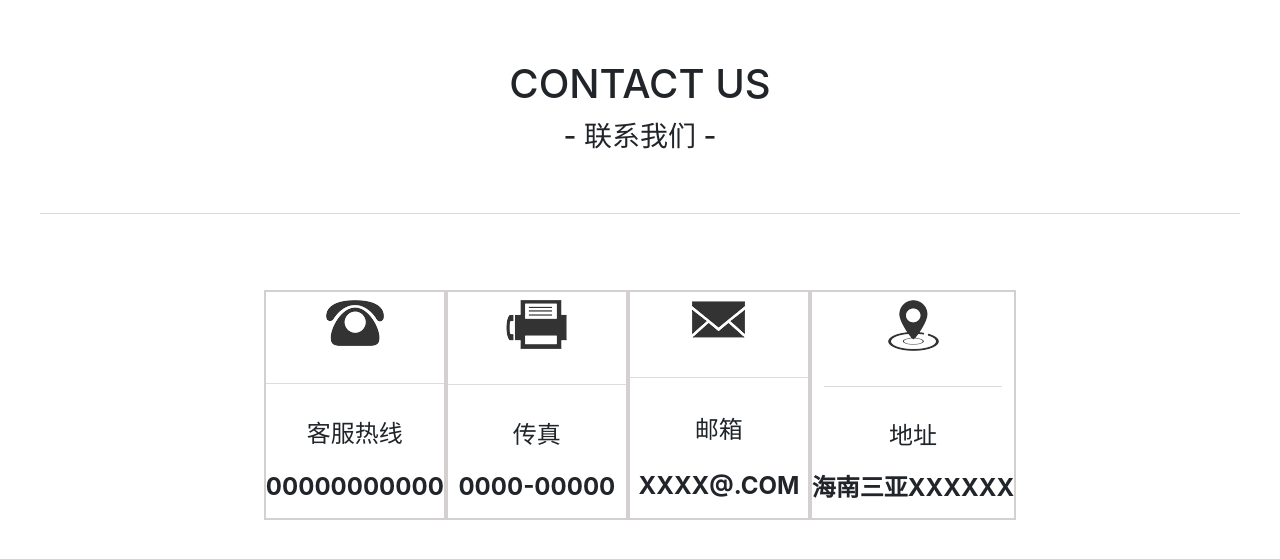
Repository: Noitom/Hadalsnailfish
Page: src/main/resources/static/html/connect.html
An editor plug-in stored every save of this project. The page is shown before and after the next save, followed by the edit.
The browser window is 1280 px wide. The pictures show the whole page.

Above is the page before, as saved 2021-12-14 15:30:02.

### src/main/resources/static/html/connect.html
<!DOCTYPE html>
<html lang="zh-CN">
<head>
    <meta charset="utf-8">
    <meta http-equiv="X-UA-Compatible" content="IE=edge">
    <meta name="viewport" content="width=device-width, initial-scale=1">
    <title>深海狮子鱼</title>
    <link href="../bootstrap/css/bootstrap.min.css" rel="stylesheet">
    <link href="../css/cl-css.css" rel="stylesheet">
    <link href="../font-awesome/css/font-awesome.min.css" rel="stylesheet">
    <link href="../element/element.css" rel="stylesheet" type="text/css">
    <link href="../bootstrap/css/bootstrap-responsive.min.css" rel="stylesheet" type="text/css">
    <style>
        .el-carousel__item h3 {
            color: #475669;
            font-size: 14px;
            opacity: 0.75;
            line-height: 150px;
            margin: 0;
        }

        .el-row {
            margin-bottom: 20px;
        &:last-child {
             margin-bottom: 0;
         }
        }
        .el-col {
            border-radius: 4px;
        }
        .bg-purple-dark {
            background: #99a9bf;
        }
        .bg-purple {
            background: #d3dce6;
        }
        .bg-purple-light {
            background: #e5e9f2;
        }
        .grid-content {
            border-radius: 4px;
            min-height: 36px;
        }
        .row-bg {
            padding: 10px 0;
            background-color: #f9fafc;
        }
        .szy-contact-way{

            height: 230px;
            border: 2px solid #d4d0d0;
            padding-top: 30px 20px 5px 5px
            /* padding-bottom: 20px; */
        }

    </style>
</head>
<body>
<div id="app" style="background:#fff;">
    <!--顶部导航start-->
    <!--<div class="cl-header container-fluid">-->
    <!--<div class="header-content container">-->
    <!--<nav class="navbar navbar-expand-lg navbar-light">-->
    <!--<a class="navbar-brand" href="product.html">-->
    <!--<img src="../img/szy1.png" height="110" alt="">-->
    <!--</a>-->
    <!--<button class="navbar-toggler" type="button" data-toggle="collapse" data-target="#navbarNav" aria-controls="navbarNav" aria-expanded="false" aria-label="Toggle navigation">-->
    <!--<span class="navbar-toggler-icon"></span>-->
    <!--</button>-->
    <!--<div class="collapse navbar-collapse justify-content-end" id="navbarNav">-->
    <!--<el-menu  class="el-menu-demo" mode="horizontal"  text-color="#2b2b2b" default-active="5" active-text-color="rgb(91, 146, 251)">-->
    <!--<el-menu-item index="1"> <a href="../index.html">首页</a> </el-menu-item>-->
    <!--&lt;!&ndash; <el-submenu index="2"> &ndash;&gt;-->
    <!--<el-menu-item index="2" > <a href="product.html">所有产品</a> </el-menu-item>-->
    <!--<el-menu-item index="3" > <a href="help.html">技术支持</a> </el-menu-item>-->
    <!--<el-menu-item index="4" > <a href="#">合作伙伴</a> </el-menu-item>-->
    <!--<el-menu-item index="5"><a href="connect.html">联系我们</a></el-menu-item>-->
    <!--</el-menu>-->
    <!--&lt;!&ndash; <el-menu-item index="2-1"> <a href="html/product.html">所有产品</a> </el-menu-item> &ndash;&gt;-->
    <!--&lt;!&ndash; <el-submenu index="2-2">-->
    <!--<template slot="title">应用分类</template>-->
    <!--<el-menu-item index="2-2-1">生物于微生物</el-menu-item>-->
    <!--<el-menu-item index="2-2-2">地球物理与资源</el-menu-item>-->
    <!--<el-menu-item index="2-2-3">地质与地球化学</el-menu-item>-->
    <!--<el-menu-item index="2-2-4">物理海洋规划</el-menu-item>-->
    <!--<el-menu-item index="2-2-5">水下运载潜水器</el-menu-item>-->
    <!--</el-submenu>-->
    <!--<el-submenu index="2-3">-->
    <!--<template slot="title">深度分类</template>-->
    <!--<el-menu-item index="2-3-1">300</el-menu-item>-->
    <!--<el-menu-item index="2-3-2">1500</el-menu-item>-->
    <!--<el-menu-item index="2-3-3">3000</el-menu-item>-->
    <!--<el-menu-item index="2-3-4">4500</el-menu-item>-->
    <!--<el-menu-item index="2-3-5">6000</el-menu-item>-->
    <!--<el-menu-item index="2-3-5">11000</el-menu-item>-->
    <!--</el-submenu>-->
    <!--<el-submenu index="2-4">-->
    <!--<template slot="title">海工领域</template>-->
    <!--<el-menu-item index="2-4-1">近岸工作</el-menu-item>-->
    <!--<el-menu-item index="2-4-2">深海工程</el-menu-item>-->
    <!--</el-submenu>-->
    <!--<el-submenu index="2-5">-->
    <!--<template slot="title">应用视频</template>-->
    <!--<el-menu-item index="2-5-1">典型应用影片展示与介绍</el-menu-item>-->
    <!--<el-menu-item index="2-5-2">选项2</el-menu-item>-->
    <!--<el-menu-item index="2-5-3">选项3</el-menu-item> &ndash;&gt;-->
    <!--&lt;!&ndash; </el-submenu>-->
    <!--</el-submenu>-->
    <!--<el-submenu index="3"> &ndash;&gt;-->
    <!--&lt;!&ndash; <el-menu-item index="3-1"><a href="html/help.html">技术指导</a></el-menu-item>-->
    <!--<el-menu-item index="3-2">售后服务</el-menu-item> &ndash;&gt;-->
    <!--&lt;!&ndash; </el-submenu> &ndash;&gt;-->
    <!--</div>-->
    <!--</nav>-->
    <!--</div>-->
    <!--</div>-->
    <!--顶部导航end-->
    <!--轮播图-->
    <!--<div class="" >-->
    <!--<template>-->
    <!--<div class="block">-->
    <!--<el-carousel height="300px">-->
    <!--<el-carousel-item v-for="item in imageList" :key="item">-->
    <!--<img :src="item" style="width: 100%;height:720px">-->
    <!--</el-carousel-item>-->
    <!--</el-carousel>-->
    <!--</div>-->
    <!--</template>-->
    <!--</div>-->
    <!--首页其他内容展示-->

    <div class="container-fluid">
        <div class="d-flex flex-column justify-content-around align-items-center " style="height: 600px;padding-bottom: 50px">
            <div class="d-flex flex-column justify-content-around align-items-center" style="height: 200px;">
                <div style="height: 90px; text-align: center;padding-top: 30px">
                    <h1>CONTACT US</h1>
                </div>
                <div style="height: 80px;text-align: center">
                    <h3>- 联系我们 -</h3>
                </div>
                <div style="height: 30px;">
                    <img src="../img/AD0IhdDxBBAEGAAgv7CfvgUo3Iz0ogYwsAk4AQ.png">
                </div>
            </div>
            <div class="d-flex flex-row justify-content-around align-items-center flex-wrap" style="padding-left: 50px;padding-right: 50px">
                <div class="d-flex flex-column justify-content-around align-items-center szy-contact-way" >
                    <img src="../img/AD0IhdDxBBAEGAAg0bCfvgUo47q5tAMwOjgu.png">
                    <img src="../img/AD0IhdDxBBAEGAAgz7CfvgUowOry3wcwsgE4AQ.png" style="margin-top: 20px;margin-bottom: 20px">
                    <h4>客服热线</h4>
                    <h4><b>00000000000</b></h4>
                </div>
                <div class="d-flex flex-column justify-content-around align-items-center szy-contact-way" >
                    <img src="../img/AD0IhdDxBBAEGAAgxrCfvgUo8vC3RzA9ODE.png">
                    <img src="../img/AD0IhdDxBBAEGAAgz7CfvgUowOry3wcwsgE4AQ.png" style="margin-top: 20px;margin-bottom: 20px">
                    <h4>传真</h4>
                    <h4><b>0000-00000</b></h4>
                </div>
                <div class="d-flex flex-column justify-content-around align-items-center szy-contact-way" >
                    <img src="../img/AD0IhdDxBBAEGAAgx7CfvgUosLOd0QMwNTgl.png">
                    <img src="../img/AD0IhdDxBBAEGAAgz7CfvgUowOry3wcwsgE4AQ.png" style="margin-top: 20px;margin-bottom: 20px">
                    <h4>邮箱</h4>
                    <h4><b>XXXX@.COM</b></h4>
                </div>
                <div class="d-flex flex-column justify-content-around align-items-center szy-contact-way visible-desktop" >
                    <img src="../img/AD0IhdDxBBAEGAAg0LCfvgUo4N3IKjAzODM.png">
                    <img src="../img/AD0IhdDxBBAEGAAgz7CfvgUowOry3wcwsgE4AQ.png" style="margin-top: 20px;margin-bottom: 20px">
                    <h4>地址</h4>
                    <h4><b>海南三亚XXXXXX</b></h4>
                </div>
            </div>
        </div>
    </div>

    <!--<div class="container-fluid cl-footer">-->
    <!--<div class="container">-->
    <!--<div class="row">-->
    <!--<div class="col-md-4">-->
    <!--<p class="cl-copyright">关于我们</p>-->
    <!--<p class="cl-copyright">-->
    <!--<img src="../img/formargin.webp">-->
    <!--联系电话:xxxxxx-->
    <!--</p>-->

    <!--</div>-->
    <!--<div class="col-md-4">-->
    <!--<p class="cl-copyright">关于我们</p>-->
    <!--<p class="cl-copyright">-->
    <!--<img src="../img/email.webp">-->
    <!--邮箱：xxx@.com</p>-->
    <!--</div>-->
    <!--<div class="col-md-4">-->
    <!--<p class="cl-copyright">关于我们</p>-->
    <!--<p class="cl-copyright">-->
    <!--<img src="../img/address.webp" alt="">-->
    <!--公司地址:</p>-->
    <!--</div>-->
    <!--</div>-->
    <!--<p class="cl-copyright">本设计由XXX荣誉出品</p>-->
    <!--<p class="cl-copyright">copyright @ 2017~2018 XXXXX</p>-->
    <!--</div>-->
    <!--</div>-->
</div>
<script src="../jquery/jquery.min.js"></script>
<script src="../bootstrap/js/bootstrap.min.js"></script>
<script src="../element/vue.js"></script>
<script src="../element/element.js"></script>
<script type="text/javascript">
    //配置对象 options
    new Vue({
        // 配置选项(option)
        // element: 指定用vue来管理页面中的哪个标签区域
        el: '#app',
        data: {
            isCollapse: true,
            imageList:[
                '../img/AD0IhdDxBBACGAAg87q03wUomNK66wUwgA840QU.jpg',
                '../img/AD0IhdDxBBACGAAg87q03wUokNmXkwUwgA840QU.jpg'
            ],
            message:'公司简介：XXXXXXXXXXXXX'

        },
        methods: {

        }
    });

</script>
</body>
</html>

### src/main/resources/static/css/cl-css.css
/*global*/
body{
    background-color: #f4f4f4;
}

a{
    display: block;
    color:#333;
    font-size: 16px;
    font-family: 微软雅黑;
}
a:hover{
    color:#076ce0;
    text-decoration: none;
}
/*header*/
.cl-header {
    background-color: #fff;
    /*height: 80px;*/
    /*line-height: 80px;*/
    /*box-shadow:0 5px 15px rgba(153, 153, 153, 0.1)!*添加阴影*!*/
}
.header-content{
    position: relative;
}

@media (min-width: 992px){
    .navbar-expand-lg .navbar-nav .nav-link {
        padding-right: 1rem;
        padding-left: 1rem;
    }
}
.navbar-toggler:not(:disabled):not(.disabled):focus{
    outline: none;
}
.navbar{
    padding:0;
}
.navbar-light .navbar-nav .active>.nav-link{
    color: #333;
    font-weight: bold;
    display: inline-block;
    padding: 0 20px;
}
.navbar-light .navbar-nav .active>.nav-link:hover{
    color: #076ce0;
}

.nav .nav-item a.active{
    color: #076ce0;
    font-weight: bold;
}

.navbar .navbar-brand img{
    max-width: 100%;
    max-height: 100%;
}
.recommend-index{
    margin-bottom:20px;
}



/*footer*/
.cl-footer{
    background-color: #2d3e50;
    text-align: center;
    padding:2rem 0 1rem 0;
    /* margin:1rem 0 1rem 0; */
    border-top:1px solid #f1f1f1;
    /*margin-left: 10px;*/

}
.cl-footer-link a{
    font-size:20px;
    padding:1rem 0;
    color:#666;
}

.cl-copyright{
    color:#666;
    font-size:14px;
    line-height:0.8em;

}

.text-primary{
    text-align: right;
}
.text-primary a{
    font-size:14px;
    color:#666;
}
@media (min-width: 576px){
    .ll-panel{
        max-width: 30%;
    }
}

/*recommend aritical*/
.recommend-panel{
    margin:20px 0;
}
.recommend-panel a.recommend-panel-link{
    display: block;
}
.recommend-panel-bottom{
    padding:0.5rem;
    font-size:14px;
}
.ll-title{
    margin:3rem 0 1rem 0;
    color:#333;
}
.recommend-panel-top{
    overflow: hidden;
    height: 12rem;
}

.recommend-panel-top img,.recommend-item img,.cl-card-image img{
    width: 100%;
    max-width: 100%;
    transition:0.4s ease-out;
    -webkit-transition:0.4s ease-out;
    -moz-transition:0.4s ease-out;
    -o-transition:0.4s ease-out;
}
.recommend-panel-top img:hover,.recommend-item img:hover,.cl-card-image img:hover{
    transform: scale(1.1, 1.1);
    -webkit-transform: scale(1.1, 1.1);
    -o-transform: scale(1.1, 1.1);
    -moz-transform: scale(1.1, 1.1);
}
/* 第二模块 */
.jumbotron-one{
    height: 650px;
    position: relative;
}
.szy-tow {
    height: 600px;
    width: 300px;
    position: absolute;
    left: 30%;
    top: 50%;
    transform: translate(-50%)
    translatey(-50%)

}
.szy-tow p{
    font-size: 20px;
    font-family: 微软雅黑;
}
.szy-tow span {
    font-size: 13px;
    font-family: 微软雅黑;
}
.szy-tow-one {
    height: 600px;
    width: 500px;
    position: absolute;
    left: 50%;
    top: 5%;
    background: url(cssimg/szy1.png) no-repeat;
}
/* .container-tow{
    width:1200px;
    height: 291px;
    position: absolute;
    left: 50%;
    top: 50%;
    transform: translate(-50%)
    translatey(-50%);
}
.word{
    font-size: 30px;
    font-family: 微软雅黑;
    color: blue;
    font-weight:bold ;
    max-width: 750px;
    padding: 20px 75px 20px 75px;
    margin: 10px;
    line-height: 90px;
}
.word-1{
    width: 500px;
    height: 150px;
    position: absolute;
    left: 7%;
    top: 30%;
    /* transform: translate(-50%)
    translatey(-50%); */
/* } */
/* .word-i span{
    font-size: 16px;
    font-family: 微软雅黑;
    color: black;
    padding: 0px 90px;
    left: 50%;
}
.image-1{
    width: 388px;
    height: 388px;
    position: absolute;
    left: 75%;
    top: 50%;
    transform: translate(-50%)
    translatey(-50%);
}
.image-2{
    width: 65px;
    height: 65px;
    position: absolute;
    left: 10%;
    top: 100%;
    transform: translate(-50%)
    translatey(-50%);
}
.but-1{
    width: 120px;
    height: 65px;
    background: #5d94fb;
    position: absolute;
    left: 90%;
    top: 55%;
    transform: translate(-50%)
    translatey(-50%);
    cursor: default;
}
.but-1 a{
    height: 100px;
    text-decoration: none;
    font-size: 16px;
    line-height: 63px;
    text-align: center;
    color: #fff;
    position: absolute;
    left: 50%;
    top: 70%;
    transform: translate(-50%)
    translatey(-50%);
}
.but-2{
    width: 80px;
    height: 65px;
    background: #2a5cb9;
    position: absolute;
    left: 98%;
    top: 55%;
    transform: translate(-50%)
    translatey(-50%);
    cursor: default;
}
.but-2 span{
    height: 100px;
    text-decoration: none;
    font-size: 40px;
    line-height: 63px;
    text-align: center;
    color: #fff;
    position: absolute;
    left: 50%;
    top: 70%;
    transform: translate(-50%)
    translatey(-50%);
} */
/* 产品介绍界面*/
.jumbotron-i{
    height: 670px;
    position: relative;
}
.container-i{
    width: 320px;
    height: 96px;
    margin:0 auto;
    position: absolute;
    left: 30%;
    top: 20%;
    transform: translate(-50%)
    translatey(-50%);
}
.container-i span{
    font-size: 30px;
    color: rgb(51, 129, 255);
    font-weight:bold;
    font-family: 微软雅黑;
}
.mod_service{
    width: 1800px;
    height: 400px;
}
.mod_service ul li{
    float: left;
    width: 300px;
    height: 300px;
}
.mod_service ul li h5{
    float: left;
    width: 280px;
    height: 280px;
}
.mod_service ul li h4{
    float: left;
    width: 280px;
    height: 280px;
}
.mod_service ul li p{
    float: left;
    width: 280px;
    height: 280px;
}

/*字体*/
.szy-yahei{
    font-family: 微软雅黑;
}

.szy-yahei-22px-blue{
    font-family: 微软雅黑;
    font-size: 22px;
    color: rgb(91, 146, 251);
    margin-bottom: 0
}

.szy-yahei-18px-white{
    font-family: 微软雅黑;
    color: rgb(255, 255, 255);
    font-size: 18px;
    margin-bottom: 0
}

.szy-yahei-16px-white{
    font-family: 微软雅黑;
    color: rgb(255, 255, 255);
    font-size: 16px;
    margin-bottom: 0
}

.szy-index-img{
    height: 250px;
    width: 250px
}

.szy-end-padding{
    padding: 5px;
}

Loaded but not shown: src/main/resources/static/bootstrap/css/bootstrap.min.css (library); src/main/resources/static/font-awesome/css/font-awesome.min.css (library); src/main/resources/static/element/element.css (library); src/main/resources/static/bootstrap/css/bootstrap-responsive.min.css (library); src/main/resources/static/jquery/jquery.min.js (library); src/main/resources/static/bootstrap/js/bootstrap.min.js (library); src/main/resources/static/element/vue.js (library); src/main/resources/static/element/element.js (library)

After the next save:
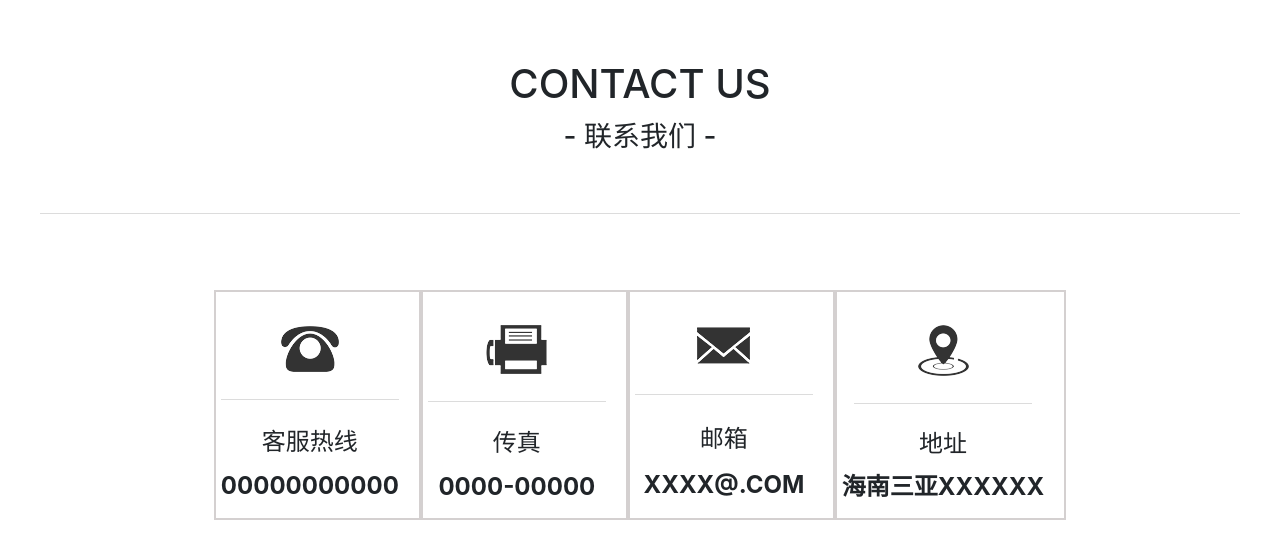
Saved 30 s later.
--- a/src/main/resources/static/html/connect.html
+++ b/src/main/resources/static/html/connect.html
@@ -49,7 +49,7 @@
 
             height: 230px;
             border: 2px solid #d4d0d0;
-            padding-top: 30px 20px 5px 5px
+            padding: 30px 20px 5px 5px
             /* padding-bottom: 20px; */
         }
 
